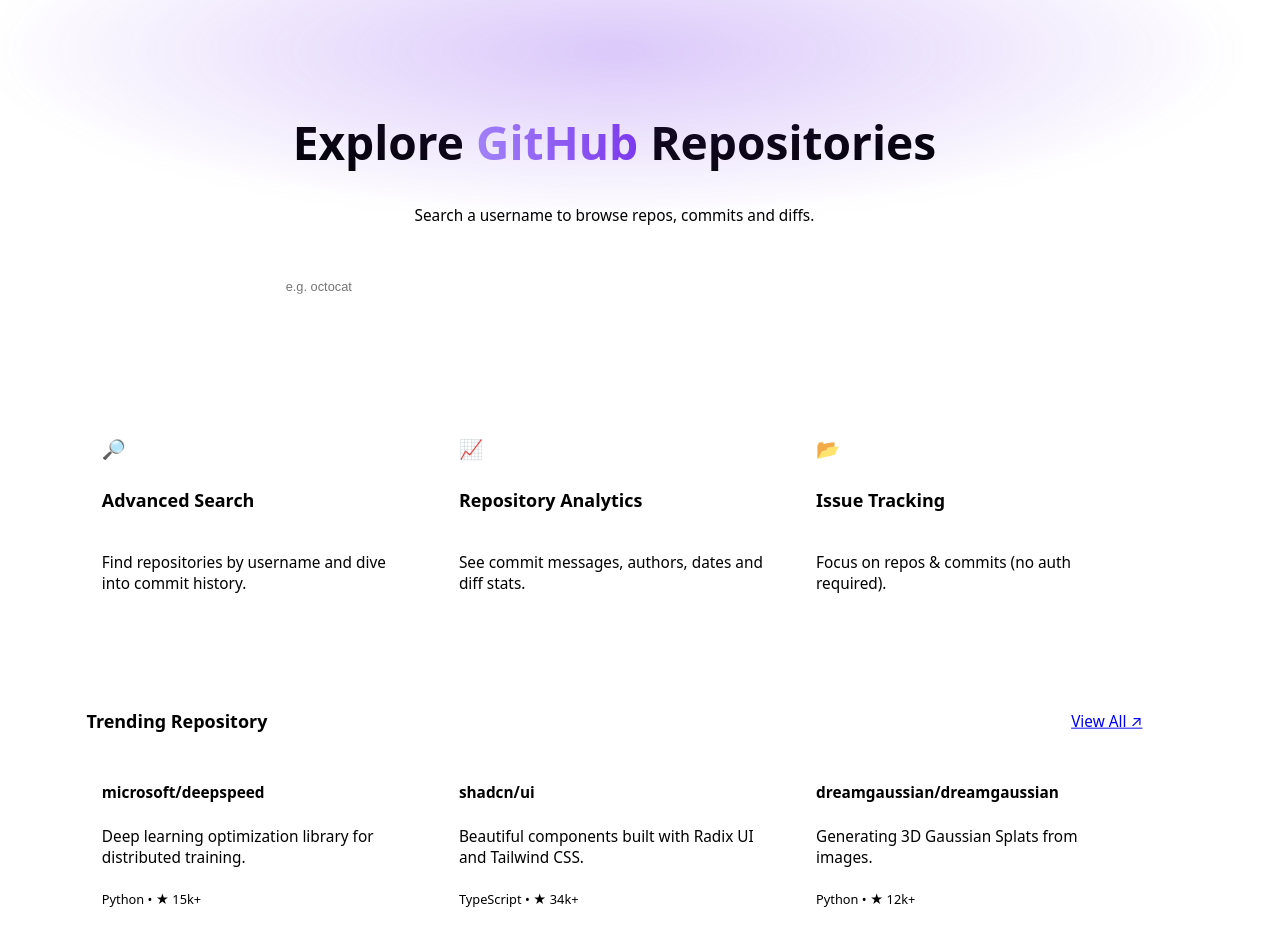
Repository: Tshenolo1994/username-repo
Page: /
An editor plug-in stored every save of this project. The page is shown before and after the next save, followed by the edit.
The browser window is 1280 px wide. The page is 1322 px wide, so the pictures cover 1322 px, including what lies to the right of the window. The pictures show the whole page, at 96% of full size.
The project was rebuilt for these pictures with package versions that can differ from the ones it lists, and the page was loaded fresh each time. Also part of the build but not shown: vite.config.ts, src/views/RepoView.vue.

Above is the page before, as saved 2025-10-26 23:51:34.

After the next save:
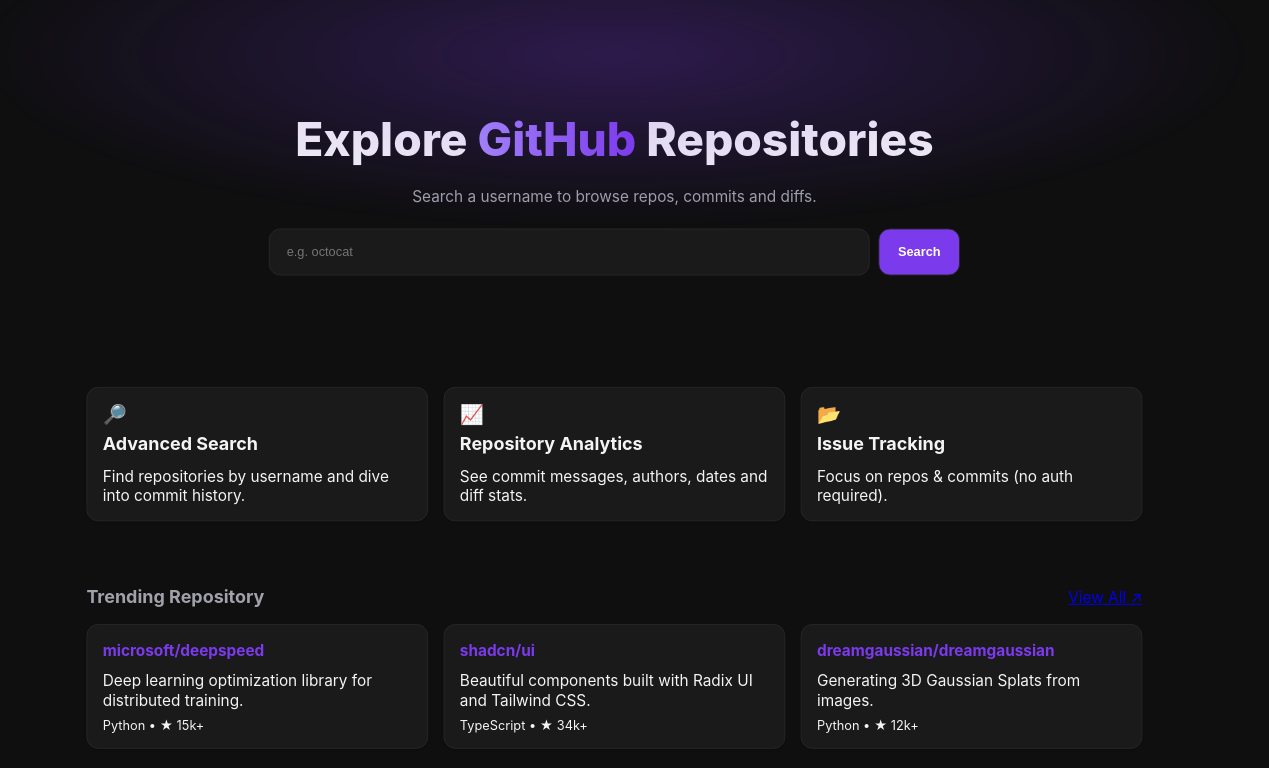
Saved 99 s later.
--- a/src/styles/theme.css
+++ b/src/styles/theme.css
@@ -1,28 +1,47 @@
-html[data-theme='dark'] {
-    --bg: #0b0f16;
-    --bg-elev: #0f1623;
-    --text: #e5e7eb;
-    --muted: #94a3b8;
-    --border: #1f2937;
-    --link: #a78bfa;
-    background: radial-gradient(70% 50% at 50% -10%, #1b1035 0%, transparent 60%), var(--bg);
-    color: var(--text);
+:root {
+    /* dark mode is default */
+    --bg: #0f0f10;
+    --bg-elev: #1a1a1b;
+    --text: #f4f4f5;
+    --muted: #a1a1aa;
+    --border: #27272a;
+    --link: #7c3aed;
   }
 
-  html[data-theme='light'] {
-    --bg: #ffffff;
-    --bg-elev: #f8fafc;
-    --text: #0f172a;
-    --muted: #475569;
-    --border: #e2e8f0;
-    --link: #6d28d9;
-    background: linear-gradient(0deg, #ffffff, #f4f7fb 50%);
-    color: var(--text);
+  /* optional light theme (we'll toggle later) */
+  [data-theme="light"] {
+    --bg: #f9fafb;
+    --bg-elev: #ffffff;
+    --text: #18181b;
+    --muted: #52525b;
+    --border: #e4e4e7;
+    --link: #2563eb;
   }
 
-  body {
+  /* global body defaults */
+  html, body, #app {
     margin: 0;
-    background: inherit;
-    color: inherit;
-    font-family: system-ui, -apple-system, 'Segoe UI', Roboto, sans-serif;
+    padding: 0;
+    background: var(--bg);
+    color: var(--text);
+    font-family: 'Inter', system-ui, sans-serif;
+    transition: background 0.3s, color 0.3s;
   }
+
+  /* smooth typography */
+  h1, h2, h3 {
+    line-height: 1.2;
+    margin: 0;
+  }
+  p {
+    margin: 0.25rem 0 0;
+  }
+
+  /* card utility */
+  .card {
+    background: var(--bg-elev);
+    border: 1px solid var(--border);
+    border-radius: 0.75rem;
+    padding: 1rem;
+    box-shadow: 0 1px 2px rgba(0,0,0,0.15);
+  }
